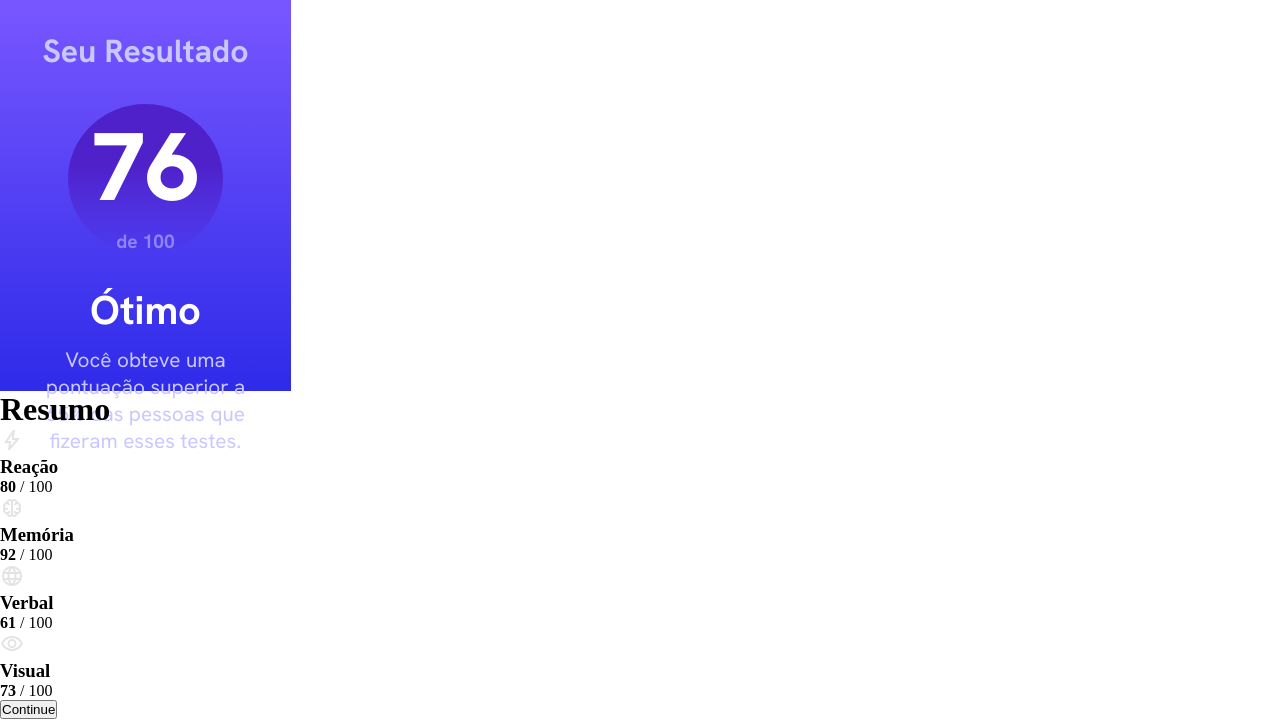
Repository: caique2512/resumo-de-resultados
Page: index.html
These files come from the project's save history. The page is drawn as it stood at one moment and after the next save; the edit follows.
The browser window is 1280 px wide. The pictures show the whole page.

Above is the page before, as saved 2026-03-09 17:12:28.

After the next save:
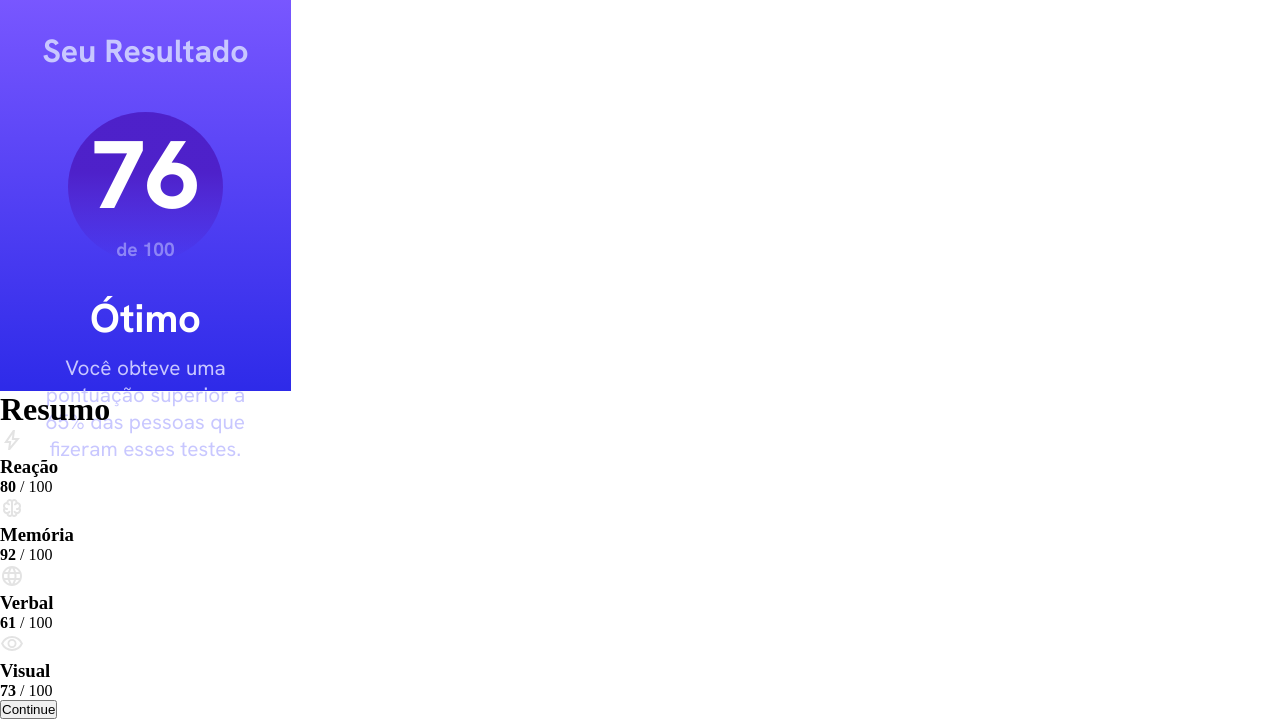
Saved 14 s later.
--- a/src/css/estilos.css
+++ b/src/css/estilos.css
@@ -26,7 +26,7 @@
     align-items: center;
     justify-content: center;
     flex-direction: column;
-    margin-top: 2rem;
+    margin-top: 2.5rem;
 }
 
 .circulo h2 {
